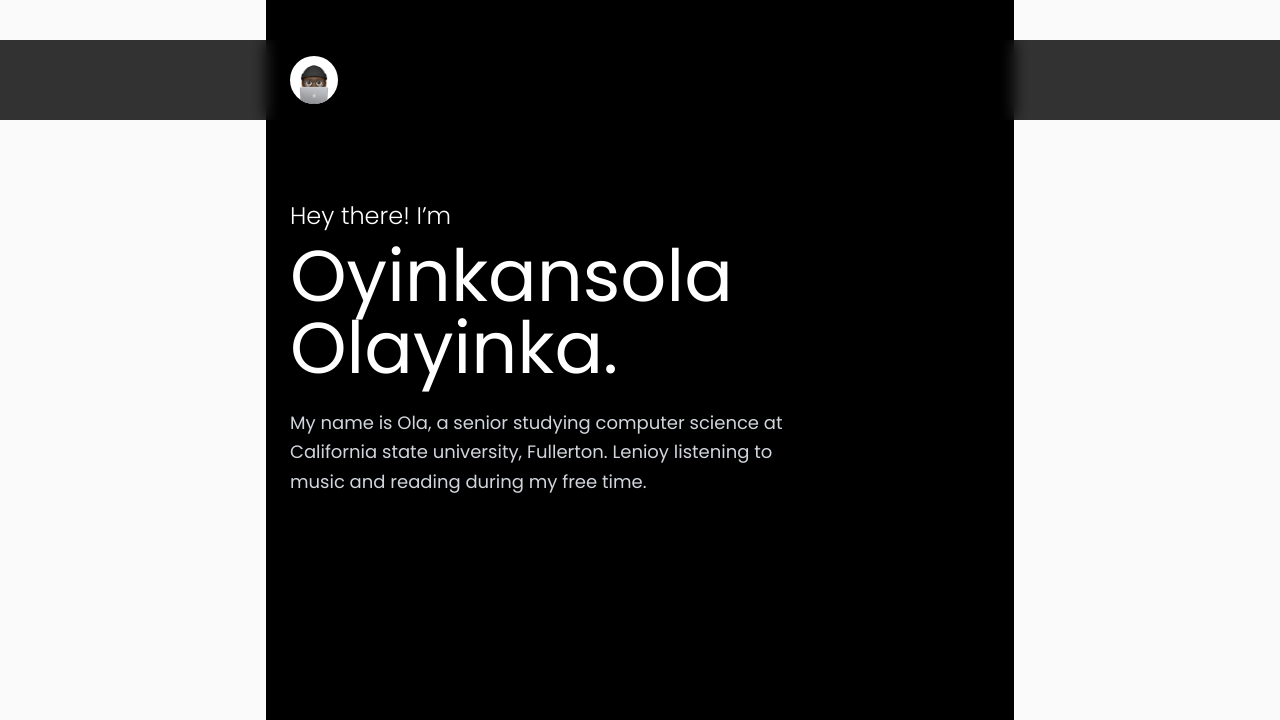
Repository: olasores/olasores-portfolio
Page: /
An editor plug-in stored every save of this project. The page is shown before and after a run of saves, followed by the edit.
The browser window is 1280 px wide. The pictures show the whole page.
The project was rebuilt for these pictures with package versions that can differ from the ones it lists, and the page was loaded fresh each time. The framework's server and built-in components were replaced by stand-ins that run in the browser. Also part of the build but not shown: next.config.ts.

Above is the page before, as saved 2025-11-11 12:52:08.

### app/layout.tsx
import type { Metadata } from "next";
import { Poppins } from "next/font/google";
import "./globals.css";
import Navbar from "./components/Navbar";

const poppins = Poppins({
  variable: "--font-poppins",
  weight: ["300", "400", "500", "600", "700"],
  subsets: ["latin"],
});

export const metadata: Metadata = {
  title: "Create Next App",
  description: "Generated by create next app",
};

export default function RootLayout({
  children,
}: Readonly<{
  children: React.ReactNode;
}>) {
  return (
    <html lang="en">
      <body
        className={`${poppins.variable} antialiased`}
      >
        <Navbar />
        {children}
      </body>
    </html>
  );
}

### app/page.tsx
import HomeSection from "./components/HomeSection";
import Portfolio from "./components/Portfolio";

export default function Home() {
  return (

    <div className="flex min-h-screen items-center justify-center bg-zinc-50 font-sans dark:bg-black top-20">
      <HomeSection />
      <Portfolio />
    </div>
  );
}

### app/globals.css
@import "tailwindcss";

* {
  font-family: 'Poppins', sans-serif;
}

:root {
  --background: #ffffff;
  --foreground: #171717;
}

@media (prefers-color-scheme: dark) {
  :root {
    --background: #0a0a0a;
    --foreground: #ededed;
  }
}

body {
  background: var(--background);
  color: var(--foreground);
}

### app/components/Navbar.tsx
export default function Navbar() {
    return (
        <nav className="fixed top-10 left-0 right-0 bg-black/80 backdrop-blur-sm px-6 py-4 z-50 flex justify-center">
            <div className="max-w-[700px] w-full flex items-center justify-between">
                {/* Logo */}
                <div className="relative w-12 h-12 rounded-full bg-white overflow-hidden flex items-center justify-center">
                    <img
                        src="/assets/olaimg2.webp"
                        alt="Oyinkansola Olayinka Logo"
                        className="w-full h-full object-cover"
                    />
                </div>

                {/* Links */}
                {/* <div className="flex gap-8 text-white">
                    <a href="#" className="hover:text-gray-400 transition">
                        Github ↗
                    </a>
                    <a href="#" className="hover:text-gray-400 transition">
                        linkedin ↗
                    </a>
                    <a href="#" className="hover:text-gray-400 transition">
                        Resume ↗
                    </a>
                </div> */}
            </div>
        </nav>
    );
}

### app/components/HomeSection.tsx


export default function HomeSection() {
    return (
        <div className="flex min-h-screen justify-center bg-black font-sans dark:bg-black px-6 py-5 pt-50">
            <div className="max-w-[700px] w-full flex flex-col gap-12">
                {/* Text content */}
                <div className="flex flex-col gap-6 items-center md:items-start">
                    <div>
                        <h2 className="text-xl md:text-2xl font-light text-white mb-2">
                            Hey there! I&rsquo;m
                        </h2>
                        <h1 className="text-5xl md:text-7xl  text-white">
                            Oyinkansola Olayinka.
                        </h1>
                    </div>

                    <p className="text-base md:text-lg text-gray-300 leading-relaxed max-w-lg">
                        My name is Ola, a senior studying computer science at California state university, Fullerton. Lenioy listening to music and reading during my free time.
                    </p>

                    {/* Links */}
                    {/* <div className="flex gap-6 text-lg md:text-xl text-white">
                        <a href="#" className="hover:text-gray-400 transition">
                            Github ↗
                        </a>
                        <a href="#" className="hover:text-gray-400 transition">
                            linkedin ↗
                        </a>
                        <a href="#" className="hover:text-gray-400 transition">
                            Resume ↗
                        </a>
                    </div> */}
                </div>
            </div>
        </div>
    );
}

### app/components/Portfolio.tsx
export default function Portfolio() {
    return (
        <div>

        </div>

    );
}

After the next 2 saves:
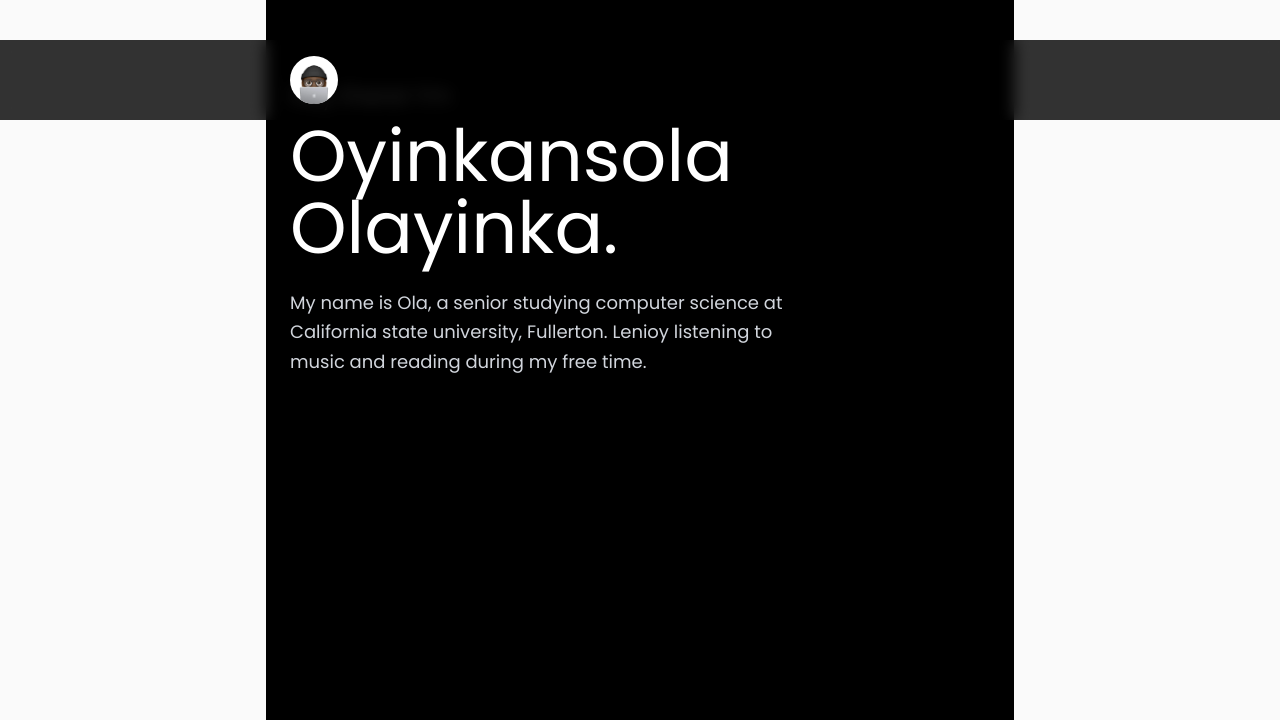
The 2 saves are shown as one change because they came seconds apart.
The last was saved 28 s later.
--- a/app/components/HomeSection.tsx
+++ b/app/components/HomeSection.tsx
@@ -2,7 +2,7 @@
 
 export default function HomeSection() {
     return (
-        <div className="flex min-h-screen justify-center bg-black font-sans dark:bg-black px-6 py-5 pt-50">
+        <div className="flex min-h-screen justify-center bg-black font-sans dark:bg-black px-6 py-5 pt-20">
             <div className="max-w-[700px] w-full flex flex-col gap-12">
                 {/* Text content */}
                 <div className="flex flex-col gap-6 items-center md:items-start">
